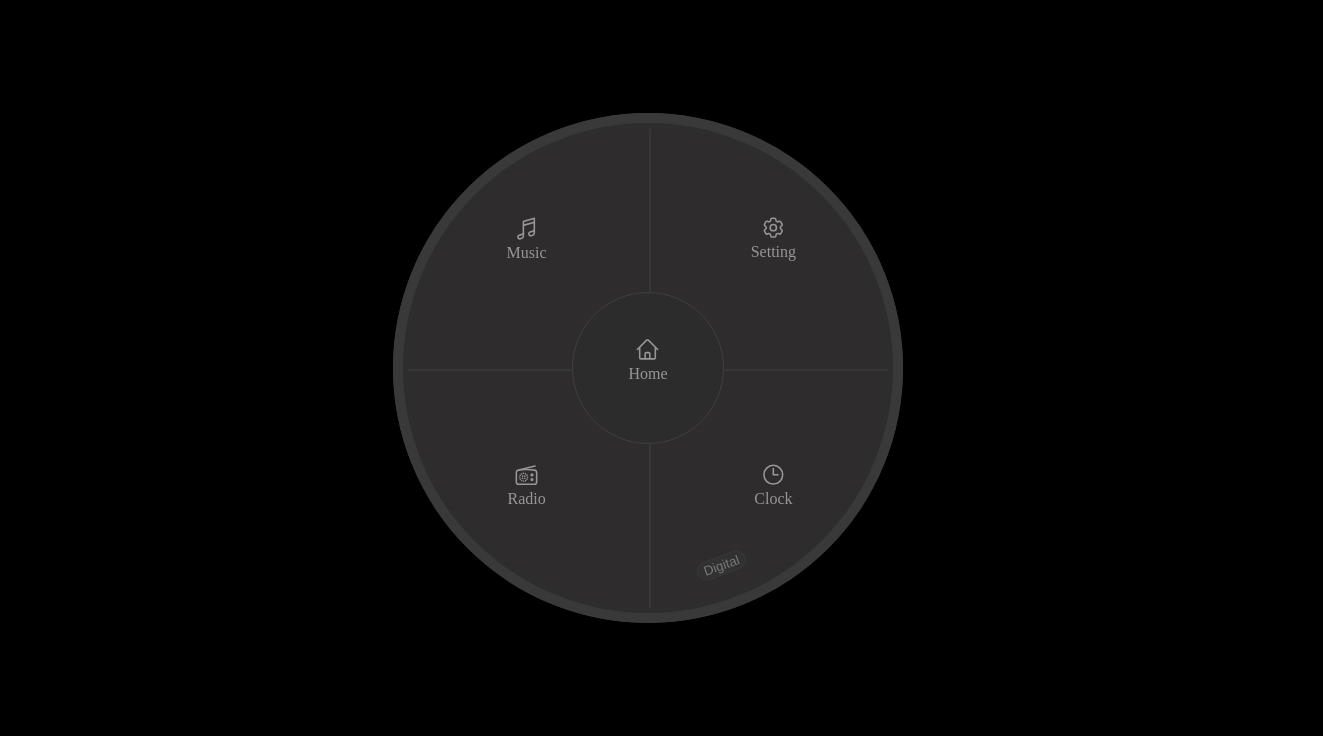
Repository: hsumyatm7308/Basecycle
Page: index.html
These files come from the project's save history. The page is drawn as it stood at one moment and after the next save; the edit follows.
The browser window is 1280 px wide. The page is 1323 px wide, so the pictures cover 1323 px, including what lies to the right of the window. The pictures show the whole page.
After loading, the first visible `#digital` was clicked once.

Above is the page before, as saved 2023-06-02 22:49:53.

### index.html
<!DOCTYPE html>
<html lang="en">

<head>

    <title>Circle control</title>
    <link rel="stylesheet" href="./style.css">
</head>

<body>
    <div class="ctn">

    <div class="container">

        <div class="container-left-top">

        </div>

        <div class="container-right-top">

        </div>

        <div class="container-right-bottom">

        </div>

        <div class="container-left-bottom">

        </div>



        <div class="second-container">



            <div class="left-top square " data-target=".container-left-top">
                <div class="textaligncenter">
                    <svg xmlns="http://www.w3.org/2000/svg" fill="none" viewBox="0 0 24 24" stroke-width="1.5"
                        stroke="currentColor" class="w-6 h-6 musicicon">
                        <path stroke-linecap="round" stroke-linejoin="round"
                            d="M9 9l10.5-3m0 6.553v3.75a2.25 2.25 0 01-1.632 2.163l-1.32.377a1.803 1.803 0 11-.99-3.467l2.31-.66a2.25 2.25 0 001.632-2.163zm0 0V2.25L9 5.25v10.303m0 0v3.75a2.25 2.25 0 01-1.632 2.163l-1.32.377a1.803 1.803 0 01-.99-3.467l2.31-.66A2.25 2.25 0 009 15.553z" />
                    </svg>

                    <p>Music</p>
                </div>
                <div class="cinmusic">

                </div>
            </div>

            <div class="right-top setting square " data-target=".container-right-top">
                <div class="textaligncenter">
                    <svg xmlns="http://www.w3.org/2000/svg" fill="none" viewBox="0 0 24 24" stroke-width="1.5"
                        stroke="currentColor" class="w-6 h-6 settingicon">
                        <path stroke-linecap="round" stroke-linejoin="round"
                            d="M9.594 3.94c.09-.542.56-.94 1.11-.94h2.593c.55 0 1.02.398 1.11.94l.213 1.281c.063.374.313.686.645.87.074.04.147.083.22.127.324.196.72.257 1.075.124l1.217-.456a1.125 1.125 0 011.37.49l1.296 2.247a1.125 1.125 0 01-.26 1.431l-1.003.827c-.293.24-.438.613-.431.992a6.759 6.759 0 010 .255c-.007.378.138.75.43.99l1.005.828c.424.35.534.954.26 1.43l-1.298 2.247a1.125 1.125 0 01-1.369.491l-1.217-.456c-.355-.133-.75-.072-1.076.124a6.57 6.57 0 01-.22.128c-.331.183-.581.495-.644.869l-.213 1.28c-.09.543-.56.941-1.11.941h-2.594c-.55 0-1.02-.398-1.11-.94l-.213-1.281c-.062-.374-.312-.686-.644-.87a6.52 6.52 0 01-.22-.127c-.325-.196-.72-.257-1.076-.124l-1.217.456a1.125 1.125 0 01-1.369-.49l-1.297-2.247a1.125 1.125 0 01.26-1.431l1.004-.827c.292-.24.437-.613.43-.992a6.932 6.932 0 010-.255c.007-.378-.138-.75-.43-.99l-1.004-.828a1.125 1.125 0 01-.26-1.43l1.297-2.247a1.125 1.125 0 011.37-.491l1.216.456c.356.133.751.072 1.076-.124.072-.044.146-.087.22-.128.332-.183.582-.495.644-.869l.214-1.281z" />
                        <path stroke-linecap="round" stroke-linejoin="round" d="M15 12a3 3 0 11-6 0 3 3 0 016 0z" />
                    </svg>
                    <p>Setting</p>
                </div>


            </div>

            <div class="right-bottom square clockbtn" data-target=".container-right-bottom">
                <div class="textaligncenter">
                    <svg xmlns="http://www.w3.org/2000/svg" fill="none" viewBox="0 0 24 24" stroke-width="1.5"
                        stroke="currentColor" class="w-6 h-6 clockicon">
                        <path stroke-linecap="round" stroke-linejoin="round"
                            d="M12 6v6h4.5m4.5 0a9 9 0 11-18 0 9 9 0 0118 0z" />
                    </svg>
                    <p>Clock</p>




                </div>

                <div class="cls">



                </div>

            </div>

            <div class="left-bottom square " data-target=".container-left-bottom">
                <div class="textaligncenter">
                    <svg xmlns="http://www.w3.org/2000/svg" fill="none" viewBox="0 0 24 24" stroke-width="1.5"
                        stroke="currentColor" class="w-6 h-6 radioicon">
                        <path stroke-linecap="round" stroke-linejoin="round"
                            d="M3.75 7.5l16.5-4.125M12 6.75c-2.708 0-5.363.224-7.948.655C2.999 7.58 2.25 8.507 2.25 9.574v9.176A2.25 2.25 0 004.5 21h15a2.25 2.25 0 002.25-2.25V9.574c0-1.067-.75-1.994-1.802-2.169A48.329 48.329 0 0012 6.75zm-1.683 6.443l-.005.005-.006-.005.006-.005.005.005zm-.005 2.127l-.005-.006.005-.005.005.005-.005.005zm-2.116-.006l-.005.006-.006-.006.005-.005.006.005zm-.005-2.116l-.006-.005.006-.005.005.005-.005.005zM9.255 10.5v.008h-.008V10.5h.008zm3.249 1.88l-.007.004-.003-.007.006-.003.004.006zm-1.38 5.126l-.003-.006.006-.004.004.007-.006.003zm.007-6.501l-.003.006-.007-.003.004-.007.006.004zm1.37 5.129l-.007-.004.004-.006.006.003-.004.007zm.504-1.877h-.008v-.007h.008v.007zM9.255 18v.008h-.008V18h.008zm-3.246-1.87l-.007.004L6 16.127l.006-.003.004.006zm1.366-5.119l-.004-.006.006-.004.004.007-.006.003zM7.38 17.5l-.003.006-.007-.003.004-.007.006.004zm-1.376-5.116L6 12.38l.003-.007.007.004-.004.007zm-.5 1.873h-.008v-.007h.008v.007zM17.25 12.75a.75.75 0 110-1.5.75.75 0 010 1.5zm0 4.5a.75.75 0 110-1.5.75.75 0 010 1.5z" />
                    </svg>
                    <p>Radio</p>
                </div>

                <div class=" cinradio">

                </div>
            </div>



        </div>


        <div class="center">
            <div class="textaligncenter">
                <svg xmlns="http://www.w3.org/2000/svg" fill="none" viewBox="0 0 24 24" stroke-width="1.5"
                    stroke="currentColor" class="w-6 h-6 homeicon">
                    <path stroke-linecap="round" stroke-linejoin="round"
                        d="M2.25 12l8.954-8.955c.44-.439 1.152-.439 1.591 0L21.75 12M4.5 9.75v10.125c0 .621.504 1.125 1.125 1.125H9.75v-4.875c0-.621.504-1.125 1.125-1.125h2.25c.621 0 1.125.504 1.125 1.125V21h4.125c.621 0 1.125-.504 1.125-1.125V9.75M8.25 21h8.25" />
                </svg>
                <p class="select">Home</p>
            </div>

        </div>

    </div>



    <div class="settingsection">
        <div class="settiong-items ">
            <svg xmlns="http://www.w3.org/2000/svg" fill="none" viewBox="0 0 24 24" stroke-width="1.5"
                stroke="currentColor" class="w-6 h-6" width="20px">
                <path stroke-linecap="round" stroke-linejoin="round"
                    d="M12 12.75c1.148 0 2.278.08 3.383.237 1.037.146 1.866.966 1.866 2.013 0 3.728-2.35 6.75-5.25 6.75S6.75 18.728 6.75 15c0-1.046.83-1.867 1.866-2.013A24.204 24.204 0 0112 12.75zm0 0c2.883 0 5.647.508 8.207 1.44a23.91 23.91 0 01-1.152 6.06M12 12.75c-2.883 0-5.647.508-8.208 1.44.125 2.104.52 4.136 1.153 6.06M12 12.75a2.25 2.25 0 002.248-2.354M12 12.75a2.25 2.25 0 01-2.248-2.354M12 8.25c.995 0 1.971-.08 2.922-.236.403-.066.74-.358.795-.762a3.778 3.778 0 00-.399-2.25M12 8.25c-.995 0-1.97-.08-2.922-.236-.402-.066-.74-.358-.795-.762a3.734 3.734 0 01.4-2.253M12 8.25a2.25 2.25 0 00-2.248 2.146M12 8.25a2.25 2.25 0 012.248 2.146M8.683 5a6.032 6.032 0 01-1.155-1.002c.07-.63.27-1.222.574-1.747m.581 2.749A3.75 3.75 0 0115.318 5m0 0c.427-.283.815-.62 1.155-.999a4.471 4.471 0 00-.575-1.752M4.921 6a24.048 24.048 0 00-.392 3.314c1.668.546 3.416.914 5.223 1.082M19.08 6c.205 1.08.337 2.187.392 3.314a23.882 23.882 0 01-5.223 1.082" />
            </svg>

        </div>

        <div class="settiong-items ">
            <svg xmlns="http://www.w3.org/2000/svg" fill="none" viewBox="0 0 24 24" stroke-width="1.5"
                stroke="currentColor" class="w-6 h-6" width="20px">
                <path stroke-linecap="round" stroke-linejoin="round"
                    d="M20.25 6.375c0 2.278-3.694 4.125-8.25 4.125S3.75 8.653 3.75 6.375m16.5 0c0-2.278-3.694-4.125-8.25-4.125S3.75 4.097 3.75 6.375m16.5 0v11.25c0 2.278-3.694 4.125-8.25 4.125s-8.25-1.847-8.25-4.125V6.375m16.5 0v3.75m-16.5-3.75v3.75m16.5 0v3.75C20.25 16.153 16.556 18 12 18s-8.25-1.847-8.25-4.125v-3.75m16.5 0c0 2.278-3.694 4.125-8.25 4.125s-8.25-1.847-8.25-4.125" />
            </svg>


        </div>

        <div class="settiong-items ">
            <svg xmlns="http://www.w3.org/2000/svg" fill="none" viewBox="0 0 24 24" stroke-width="1.5"
                stroke="currentColor" class="w-6 h-6" width="20px">
                <path stroke-linecap="round" stroke-linejoin="round"
                    d="M15.75 17.25v3.375c0 .621-.504 1.125-1.125 1.125h-9.75a1.125 1.125 0 01-1.125-1.125V7.875c0-.621.504-1.125 1.125-1.125H6.75a9.06 9.06 0 011.5.124m7.5 10.376h3.375c.621 0 1.125-.504 1.125-1.125V11.25c0-4.46-3.243-8.161-7.5-8.876a9.06 9.06 0 00-1.5-.124H9.375c-.621 0-1.125.504-1.125 1.125v3.5m7.5 10.375H9.375a1.125 1.125 0 01-1.125-1.125v-9.25m12 6.625v-1.875a3.375 3.375 0 00-3.375-3.375h-1.5a1.125 1.125 0 01-1.125-1.125v-1.5a3.375 3.375 0 00-3.375-3.375H9.75" />
            </svg>


        </div>

        <div class="settiong-items ">
            <svg xmlns="http://www.w3.org/2000/svg" fill="none" viewBox="0 0 24 24" stroke-width="1.5"
                stroke="currentColor" class="w-6 h-6" width="20px">
                <path stroke-linecap="round" stroke-linejoin="round"
                    d="M12 21a9.004 9.004 0 008.716-6.747M12 21a9.004 9.004 0 01-8.716-6.747M12 21c2.485 0 4.5-4.03 4.5-9S14.485 3 12 3m0 18c-2.485 0-4.5-4.03-4.5-9S9.515 3 12 3m0 0a8.997 8.997 0 017.843 4.582M12 3a8.997 8.997 0 00-7.843 4.582m15.686 0A11.953 11.953 0 0112 10.5c-2.998 0-5.74-1.1-7.843-2.918m15.686 0A8.959 8.959 0 0121 12c0 .778-.099 1.533-.284 2.253m0 0A17.919 17.919 0 0112 16.5c-3.162 0-6.133-.815-8.716-2.247m0 0A9.015 9.015 0 013 12c0-1.605.42-3.113 1.157-4.418" />
            </svg>


        </div>
    </div>


    <div class="clock-items">
        <button id="digital" class="btn digital">Digital</button>
    </div>

    <div class="clockhands ">
        <div class="minute"></div>
        <div class="centerdot"></div>
        <div class="hour" id="hour"></div>
    </div>

    <div class="digitalcontainer">
         <div class="digital-square"></div>
         <div class="digital-circleone"></div>

         <div class="line1">
            <div class="littledot"></div>
         </div>
         <h1 id="hr" class="digtime">12 <span>hr</span></h1>



         <div class="line2">
            <div class="littledot"></div>
         </div>
         <h1 id="mi" class="digtime">55 <span>min</span></h1>

         <div class="line3">
            <div class="littledot"></div>
         </div>
         <h1 id="se" class="digtime">20 <span>sec</span></h1>


         <div id="dgid1" class="digiani1  "></div>
         <div id="dgid2" class="digiani2  "></div>
    </div>



</div>
    <script src="../jq/jquery-3.7.0.min.js"></script>
    <script src="./script.js"></script>
</body>

</html>

### style.css

@import url('https://fonts.googleapis.com/css2?family=Roboto+Condensed:ital@1&display=swap');

body {
    width: 100%;
    height: 100vh;
    display: flex;
    background-color: #000;
    justify-content: center;
    align-items: center;
    /* overflow: hidden; */
}

.ctn{
    width: 950px;
    height: 100vh;
    /* background-color: #191717; */
    display: flex;
    justify-content: center;
    align-items: center;


    position: relative;
}


.container {
    width: 510px;
    height: 510px;
    background-color: #3a3939;
    border-radius: 50%;
    position: relative;



    overflow: hidden;
}


.container-left-top,
.container-right-top,
.container-right-bottom,
.container-left-bottom {
    width: 50%;
    height: 50%;
    background-color: #3a3939;
    /* background-color: #514f4f; */



}

.container-right-top {
    transform: translate(100%, -100%);

}

.container-right-bottom {
    transform: translate(100%, -100%);

}

.container-left-bottom {
    transform: translateY(-200%);
}



.second-container {
    width: 480px;
    height: 480px;
    background-color: #2e2c2c;
    border-radius: 50%;
    border: 5px solid #2d2d2d;

    position: absolute;
    left: 50%;
    top: 50%;

    transform: translate(-50%, -50%);


    overflow: hidden;



}

.left-top,
.right-top,
.right-bottom,
.left-bottom {
    width: 51%;
    height: 51%;

    background-color: #2e2c2c;
    border: 1px solid #3a3939;

    display: flex;
    justify-content: center;
    align-items: center;


}

.left-top {
    margin-top: -1%;
    margin-left: -1%;
}

.right-top {

    margin-left: -1%;
    transform: translate(100%, -100%);
}

.left-bottom {
    margin-left: -1%;
    transform: translateY(-200%);

}

.right-bottom {
    margin-left: -1%;
    transform: translate(100%, -100%);
    position: relative;

}

.left-top:hover,
.right-top:hover,
.right-bottom:hover,
.left-bottom:hover {
    background: #3a3939;

    transition: all 1s;
}




.center {
    width: 150px;
    height: 150px;
    background: #2d2c2c;
    border-radius: 100%;
    border: 1px solid #404040;
    position: absolute;
    left: 50%;
    top: 50%;
    transform: translate(-50%, -50%);
    z-index: 3;

    display: flex;
    justify-content: center;
    align-items: center;


}


.musicicon,
.radioicon,
.settingicon,
.clockicon,
.homeicon {
    width: 25px;

}


.textaligncenter {
    text-align: center;
    color: #989696;


}

.textaligncenter p {
    margin-top: -1px;
}






/* Setting Section */

.settingsection{
    width: 300px;
    height: 300px;
    /* background-color: aliceblue; */
    position: absolute;
    top: 50px;
    left: 500px;
    display: flex;

    visibility: hidden;


}

.settiong-items{
    width: 50px;
    height: 50px;
    background-color: #404040;
    border-radius: 50%;
    /* color: rgb(51, 51, 102); */
    color: #f4f4f4;
    display: flex;
    justify-content: center;
    align-items: center;
}



.settingani:nth-of-type(1){
    transform: translate(-60%,100%);
    animation: setitemone .3s linear forwards;
    opacity: 0;
}

.settingani:nth-of-type(2){

    transform: translate(-50%,40%);
    animation: setitemtwo .5s linear forwards;
    animation-delay: .3s;
    opacity: 0;


}

.settingani:nth-of-type(3){

    transform: translate(0%,100%);
    animation: setitemthree .5s linear forwards;
    animation-delay: .6s;
    opacity: 0;

}

.settingani:nth-of-type(4){

    transform: translate(30%,200%);
    animation: setitemfour .5s linear forwards;
    animation-delay: .9s;
    opacity: 0;

}


@keyframes setitemone {

    100%{
        transform: translate(50%,40%);
        opacity: 1;
    }
}



@keyframes setitemtwo {

    100%{
        transform: translate(100%,100%);
        opacity: 1;
    }
}

@keyframes setitemthree {


    100%{
        transform: translate(130%,200%);
        opacity: 1;

    }
}

@keyframes setitemfour {

    to{
        transform: translate(120%,323%);
        opacity: 1;

    }
}


/* Clock Section  */

.clock-items {
    margin-right: 10px;
    position: absolute;

    left: 520px;
    bottom: 150px;
    z-index: 6;

    transform: rotate(-20deg);

}

.clock-items .btn{
    color: #7a7979;

    border-radius: 10px;
    background-color: #323131;
    border: 1px solid #383737;
    margin: 3px;

}

.clock-items .btn:hover{
    opacity: .6;
}



.clocksection{
    width: 500px;
    height: 500px;
    /* background: #3a3939; */
    background: #2d2c2c;

    position: absolute;
    top: 0px;
    left:0px ;



    animation: clockani2 1s linear forwards;

}

.clocksectioninradio{
    width: 300px;
    height: 300px;
    /* background: #3a3939; */
    background: #2d2c2c;

    position: absolute;

    right: -300px;
    top: 0;

    z-index: 2;


    animation: clockani 1s linear forwards;
}



@keyframes clockani{
    to{
        right: -10px;
    }
}






@keyframes clockani2 {

    100% {
        top: -250px;
    }
}

.clocksectioninmusic{
    width: 400px;
    height: 400px;
    /* background-color: #3a3939; */
    background: #2d2c2c;


    position: absolute;
   left: -360px;
    top: -400px;

    z-index: 2;

    animation: clockani3 1s linear forwards;
    animation-delay: 1s;
}

@keyframes clockani3 {

    100% {
        left: 0;
        top: 0px;
    }
}


.centerhomeani{
   animation: centerhomeani 1s linear forwards;
}

@keyframes centerhomeani {
    to{
        transform: scale(.3) translate(80%,180%);
        background: #323131;
        border: 5px solid #404040;

        z-index: 4;


    }
}



.clockhands{
    width: 480px;
    height: 480px;
    /* background-color: #2d2b2b; */
    border-radius: 50%;
    display: flex;
    justify-content: center;
    align-items: center;
    position: absolute;

    transition: all .5s;

    z-index: 2;

    display: flex;
    justify-content: center;
    align-items: center;

    /* visibility: hidden; */
    transform: scale(0);


}

.clhandani{
    animation: clhandvisible 1s linear forwards;
    animation-delay: 1.5s;
}

@keyframes clhandvisible{
    to{
    transform: scale(1);

    }
}



.clockhands .centerdot{
    width: 20px;
    height: 20px;
    background-color: #343333;
    border: 1px solid #514f4f;

    border-radius: 50%;
    position: absolute;
    z-index: 5;
}



.hour{
    width: 8px ;
    height: 170px;
    background-color: #454343;
    border-radius:50px 50px 0px 0px;
    border: 1px solid #514f4f;

    position: absolute;
    left: 237px;
    top: 70px;

    transform-origin: 55% 100%;
    /* transform: rotate(360deg); */
    z-index: 4;

}


.minute{
    width: 8px;
    height: 220px;
    background-color: #454343;
    border-radius: 50px 50px 0 0 ;
    border: 1px solid #514f4f;


    /* margin-top: -50%; */
    position: absolute;
    left: 240px;
    top: 18px;

    z-index: 4;

    transform-origin:55% 100%;
}



.digitalcontainer{
    width: 570px;
    height: 570px;
    /* background-color: #7a7979; */

    position: absolute;
    left: 580px;
    top: 120px;
    z-index: -1;

    overflow: hidden;
    /* display: none; */

}

.digital-square{
    width: 100%;
    height: 45%;
    background-color: #000;

    position: absolute;
    z-index: 1;

}

.digital-circleone{
    width: 600px;
    height: 600px;
    border-radius: 50%;
    /* background-color: blue; */
    border: 5px solid #3a3939;

   transform: translate(-70%,-10%);
}

.digitalcontainer .digtime{
   color: #f4f4f4;
    position: absolute;
    right: 28%;
    z-index: 3;


}

.digtime span{
    font-size: 17px;
    font-weight: 500;
    vertical-align: -25px;
    color: rgb(228, 228, 235);

}

.digitalcontainer .digtime:nth-of-type(1){
    bottom: 40%;

    font-size: 28px;
    color: #f4f4f4f4;
    font-family: 'Roboto Condensed', sans-serif;
}

.digitalcontainer .digtime:nth-of-type(2){
    bottom: 20%;

    font-size: 28px;
    color: #f4f4f4;
    font-family: 'Roboto Condensed', sans-serif;
}

.digitalcontainer .digtime:nth-of-type(3){
    bottom: 0%;

    font-size: 28px;
    color: #f4f4f4;
    font-family: 'Roboto Condensed', sans-serif;
}




.line1{
    width: 140px;
    height: 3px;
    background-color: #514f4f;

    position: absolute;
    bottom: 50%;
    right: 45%;

    z-index: 2;

    display: flex;
    justify-content: end;
    align-items: center;
}

.littledot{
    width: 8px;
    height: 8px;
    background-color: #514f4f;
    border-radius: 50%;

}



.line2{
    width: 170px;
    height: 3px;
    background-color: #514f4f;

    position: absolute;
    right: 45%;
    bottom: 31%;

    display: flex;
    justify-content: end;
    align-items: center;
}

.line3{
    width: 280px;
    height: 3px;
    background-color: #514f4f;

    position: absolute;
    bottom: 11%;
    right: 45%;

    z-index: 2;

    display: flex;
    justify-content: end;
    align-items: center;
}

.digiani1{
    width: 340px;
    height: 60%;
    background-color: #000;
    position: absolute;
    right: 44.5%;
    bottom: 8%;
    z-index: 3;
    transition: all 1s;


}



.digiani2{
    width:100px ;
    height: 60%;
    background-color: #000;
    position: absolute;
    bottom: 8%;
    right: 26.8%;

    /* transform: translateY(100%); */
    z-index: 3;
    animation-delay: 1.5s;
    transition: all 1s;

}

.dgani1p1{
    animation: digiani 2s linear forwards;
    animation-delay: 1s;

}

.dgani2p1{
    animation: digiani2 2s linear forwards;

}

@keyframes digiani{
 to{
   transform: translate(200%);
 }
}

@keyframes digiani2{
    to{
        transform: translateY(100%);
    }
}


.dganireverse1{
    animation: dganireverse1 2s linear forwards;

}

.dganireverse2{
    animation: dganireverse2 2s linear forwards;

}

@keyframes dganireverse1{
    from{
   transform: translate(200%);

    }
    to{
      transform: translate(0%);
    }
   }

   @keyframes dganireverse2{
    from{
        transform: translateY(100%);

    }
       to{
           transform: translateY(0%);
       }
   }

### script.js







$(document).ready(function () {





    $('.square').mouseover(function () {
        var target = $(this).data('target');
        $(target).css('background', '#989696');
        $(target).css('transition', '.5s');

    });

    $('.square').mouseleave(function () {
        var target = $(this).data('target');
        $(target).css('background', '#3a3939');
        $(target).css('transition', '.5s');

    });

    $('.setting').click(function(){
        $('.settingsection').css('visibility','visible');
        $('.settiong-items').addClass('settingani');
        $('.right-top').css('background','#3d3d3d');
        $('.right-top').mouseleave(function(){
            $('.container-right-top').css('background','#514f4f')
        });
    })



    $('.center').click(function(){
        window.location.reload();
    })





    function clock(){

        var minute = document.querySelector('.minute');
        var hour = document.getElementById('hour');

        var getdate = new Date();
        var gethour = getdate.getHours();
        var getmin = getdate.getMinutes();
        var getsec = getdate.getSeconds();
       var getmils = getdate.getMilliseconds();

        var gettime = gethour * 3600 + getmin * 60 + getsec * 1 + getmils/1000;
        // console.log(gettime);

        let hours = gettime/60/12 * 6;
        let minutes = gettime/60 * 6;


        $(hour).css('transform',`rotate(${hours}deg)`);
        $(minute).css('transform',`rotate(${minutes}deg)`);


        // console.log(hrvalue%6)

        let hrs = gethour%12;

       var hrvalue = hrs.toString().padStart(2,'0');
        var minvalue = getmin.toString().padStart(2,'0');
        var secvalue = getsec.toString().padStart(2,'0');

        $('#hr').html(`<h1>${hrvalue} <span>hr</span></h1>`);
        $('#mi').html(`<h1>${minvalue} <span>min</span></h1>`);
        $('#se').html(`<h1>${secvalue} <span>sec</span></h1>`);

    }

    clock();

    setInterval(clock,1000);



    $('.clockbtn').click(function(){
        $('.cls').addClass('clocksection');
        $('.cinradio').addClass('clocksectioninradio');
        $('.cinmusic').addClass('clocksectioninmusic');
        $('.center').addClass('centerhomeani');
        $('.clockhands').css('visibility','visible');
        $('.clockhands').addClass('clhandani')

    });

    var digital = document.querySelectorAll('.digital');
    console.log(digital.length)

  for(var x = 0;x < digital.length;  x++ ){
    // $(digital).click(function(){
    //     $('#dgid1').toggle(function(){
    //         $(this).addClass('dgani1p1')
    //     });

    //     // $('#digital').click(function(){
    //     //   $('#dgid1').addClass('dganireverse1');
    //     //   $('#dgid1').removeClass('dgani1p1');


    //     // })

    //   })

   digital[x].addEventListener('click',function(){
    // console.log('hi')
    // $('#dgid1').toggle();
    $('#dgid1').addClass('digiani1');


            $('#digital').click(function(){
              $('#dgid1').addClass('dganireverse1');
              $('#dgid1').removeClass('dgani1p1');


            })
   })

  }








})

Loaded but not shown: jq/jquery-3.7.0.min.js (library)

After the next save:
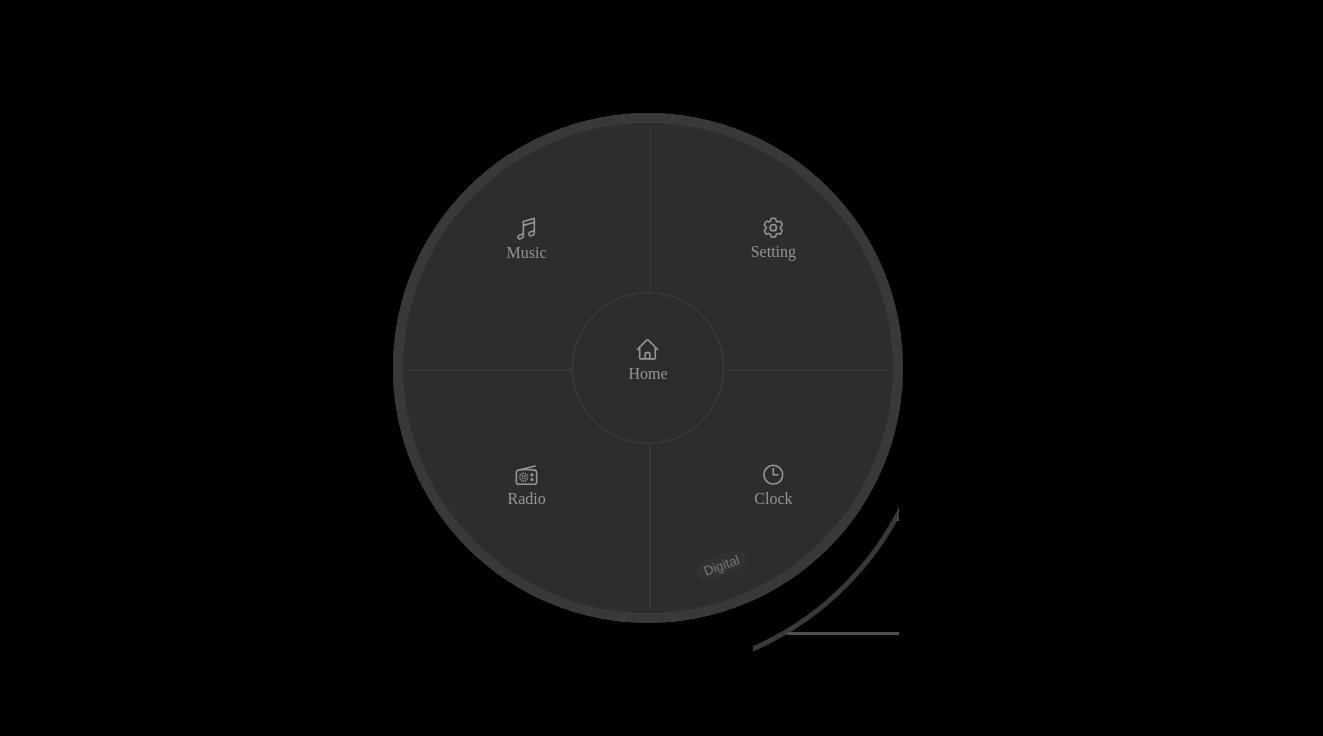
Saved 27 s later.
--- a/script.js
+++ b/script.js
@@ -117,7 +117,7 @@
    digital[x].addEventListener('click',function(){
     // console.log('hi')
     // $('#dgid1').toggle();
-    $('#dgid1').addClass('digiani1');
+    $('#dgid1').addClass('dgani1p1');
 
 
             $('#digital').click(function(){
